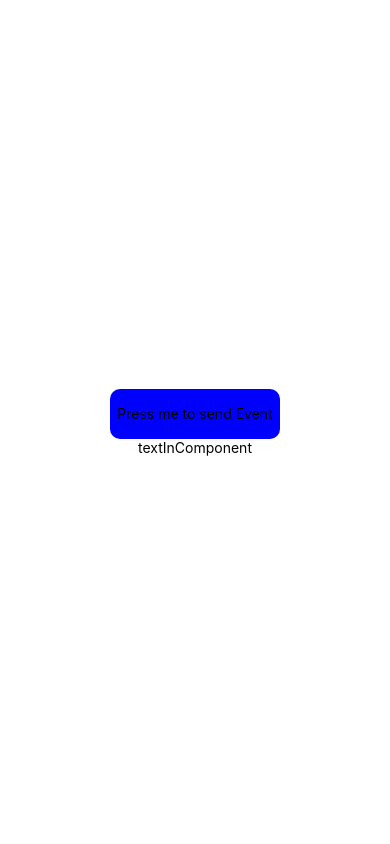
Repository: oflarcade/customEventsExpo
Page: /
These files come from the project's save history. The page is drawn as it stood at one moment and after the next save; the edit follows.
The browser window is 390 px wide. The pictures show the whole page.
The app was drawn by React Native's web renderer in a window 390 px wide. The project was rebuilt for these pictures with package versions that can differ from the ones it lists, and the page was loaded fresh each time.

Above is the page before, as saved 2020-01-30 02:20:50.

After the next save:
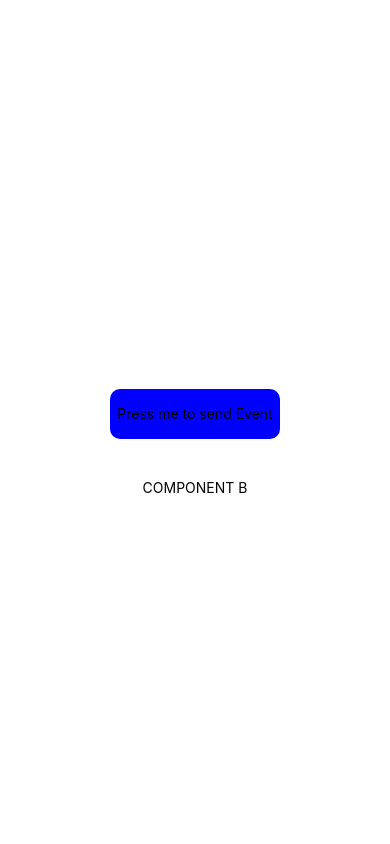
Saved 5 min 51 s later.
--- a/components/componentA/index.js
+++ b/components/componentA/index.js
@@ -1,10 +1,10 @@
 import React, { Component } from "react";
-import { Text, View, TouchableOpacity, StyleSheet } from "react-native";
-import EventEmitter from "eventemitter3";
+import { Text, View, TouchableOpacity, StyleSheet, NativeEventEmitter, } from "react-native";
+
 class Emitter extends Component {
   constructor(props) {
     super(props);
-    this.eventEmitter = new EventEmitter();
+    this.eventEmitter = new NativeEventEmitter();
     this.state = {};
   }
 
@@ -12,7 +12,6 @@ class Emitter extends Component {
 
   _emitEvent() {
     console.log("TRYING TO EMIT FROM COMPONENT A");
-    this.eventEmitter.on("PLAYAUDIO");
     this.eventEmitter.emit("PLAYAUDIO");
   }
   render() {
@@ -31,7 +30,8 @@ const styles = StyleSheet.create({
     backgroundColor: "blue",
     borderRadius: 10,
     justifyContent: "center",
-    alignItems: "center"
+    alignItems: "center",
+    marginVertical: 40
   }
 });
 export default Emitter;
--- a/components/componentB/index.js
+++ b/components/componentB/index.js
@@ -1,5 +1,5 @@
 import React, { Component } from 'react'
-import { Text, View } from 'react-native'
+import { Text, View, DeviceEventEmitter } from 'react-native'
 import EventEmitter from "eventemitter3";
 
 class Receiver extends Component {
@@ -12,17 +12,19 @@ class Receiver extends Component {
     }
 
     componentDidMount() {
-        this.eventEmitter.on("PLAYAUDIO",()=> {
-            console.log('EVENT EMITTER LISTENER FROM COMPONENT B')
+        this.listener = DeviceEventEmitter.addListener("PLAYAUDIO",() => {
+            console.log("WE ARE LISETNING FROM COMPONENT B");
         })
     }
   render() {
     return (
       <View>
-        <Text> textInComponent </Text>
+        <Text> COMPONENT B </Text>
       </View>
     )
   }
 }
 
+
+
 export default Receiver
